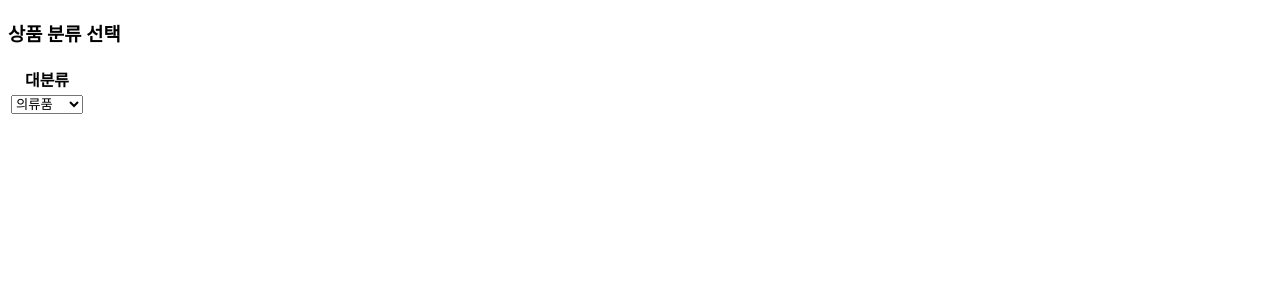
Repository: rmsudrmsud/SourceTree
Page: html/src/main/webapp/j3/cate2.html
The author's editor kept a copy of each file at every save. The page is drawn from the files as they stood at one save, then again after the next save.
The browser window is 1280 px wide. The pictures show the whole page.
After loading, the first visible `#sel1` was changed once.

Above is the page before, as saved 2022-11-23 07:07:39.

After the next save:
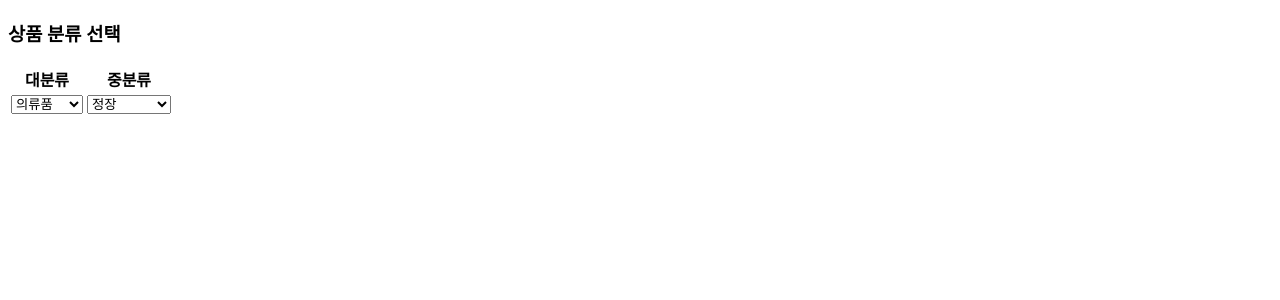
Saved 14 min 23 s later.
--- a/html/src/main/webapp/j3/cate2.html
+++ b/html/src/main/webapp/j3/cate2.html
@@ -31,8 +31,32 @@
 }
 
 const f1 = () => {
-	val = f.sel1.value;
-	alert(val);
+	let val = f.sel1.value;
+	let arr = cate_1[parseInt(val)];
+	let tr1 = document.getElementById("tr1");
+	let thEl = document.getElementById("th_cate1");
+	if(thEl==null){
+		thEl = document.createElement("th");
+		thEl.setAttribute("id", "th_cate1");
+		thEl.innerHTML = "중분류";
+		tr1.appendChild(thEl);
+	}
+
+	let tr2 = document.getElementById("tr2");
+	let td = document.getElementById("td_cate1");
+	if(td==null){
+		td = document.createElement("td");
+		td.setAttribute("id", "td_cate1");
+		tr2.appendChild(td);
+	}
+	let txt = "";
+	txt += "<select id='sel2' name='sel2'>";
+	for(i=0;i<arr.length;i++){
+		txt += "<option value="+i+">"+arr[i]+"</option>";
+	}
+	txt += "</select>";
+	td.innerHTML = txt;
+
 }
 </script>
 </head>
